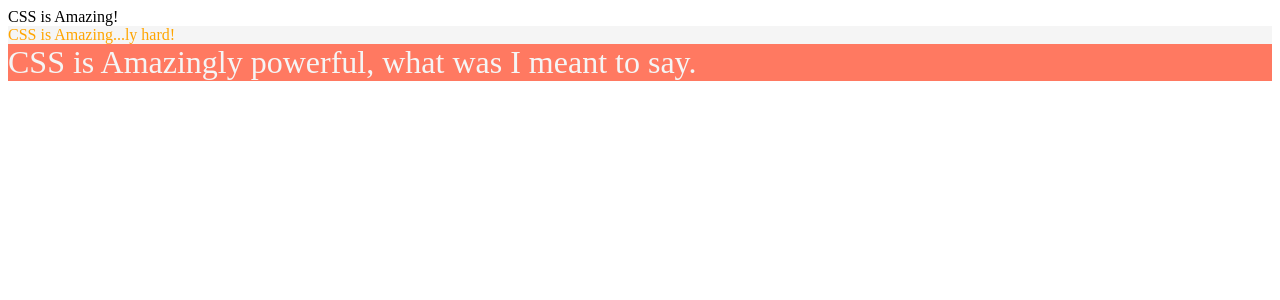
Repository: sammkrt/saltPrecourse
Page: css-trainingGround/cssInHead.html
An editor plug-in stored every save of this project. The page is shown before and after the next save, followed by the edit.
The browser window is 1280 px wide. The pictures show the whole page.

Above is the page before, as saved 2022-12-22 10:14:36.

After the next save:
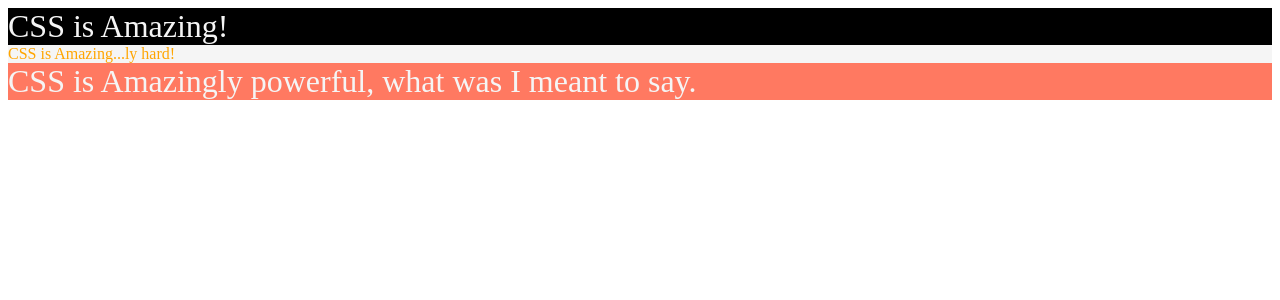
Saved 48 s later.
--- a/css-trainingGround/cssInHead.html
+++ b/css-trainingGround/cssInHead.html
@@ -20,7 +20,7 @@
     </style>
 </head>
 <body>
-    <div>CSS is Amazing!</div>
+    <div class="negative huge">CSS is Amazing!</div>
     <div style="background-color: whitesmoke; color: orange;">CSS is Amazing...ly hard!</div>
     <div class="positive huge">CSS is Amazingly powerful, what was I meant to say.</div>
 </body>
